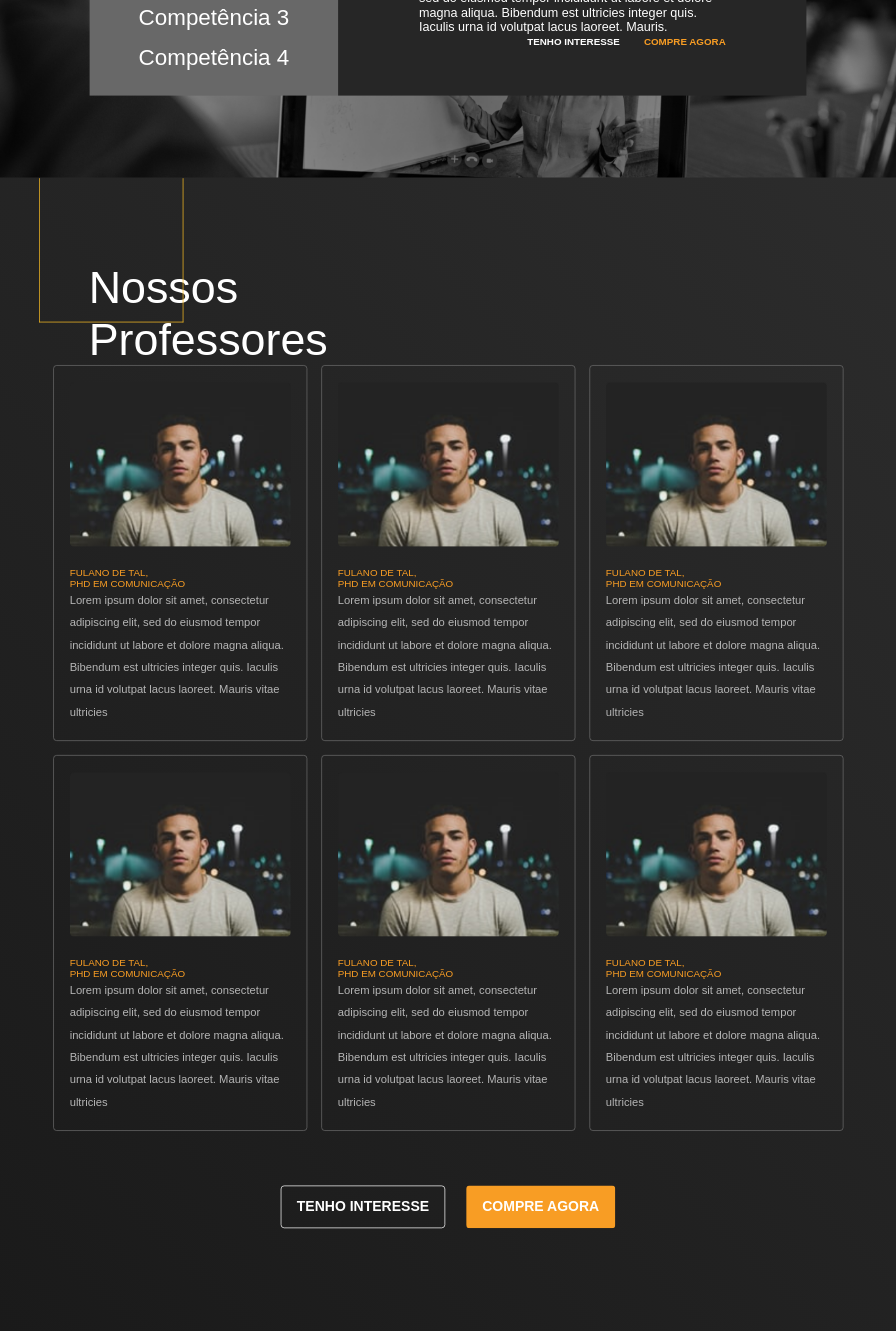
Repository: Rafael-Araujo-dev/Treinamento-Raccoon
Page: Projeto-2/index.html
These files come from the project's save history. The page is drawn as it stood at one moment and after the next save; the edit follows.
The browser window is 1280 px wide. The pictures show the part of the page from y = 2101 to 4021 px (the page is 4003 px tall before and 4021 px after), at 70% of full size.
Backgrounds fixed to the window are drawn as part of the page. Some web fonts or font styles are not loaded; a fallback is used.

Above is the page before, as saved 2021-09-30 09:51:19.

After the next save:
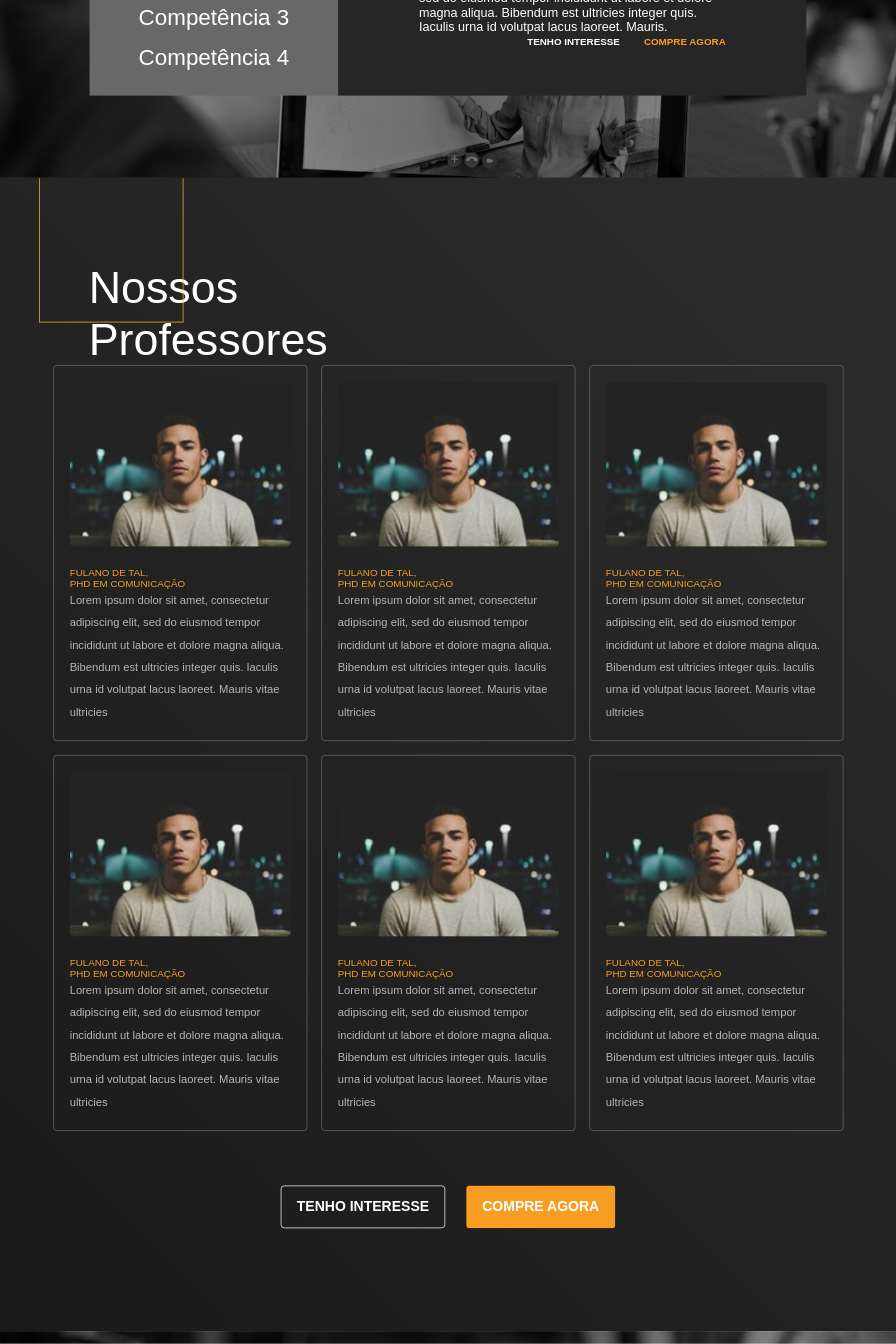
Saved 8 s later.
--- a/Projeto-2/index.html
+++ b/Projeto-2/index.html
@@ -362,5 +362,8 @@
         </div>
         </section>
 
+        <section class="opinions">
+d
+        </section>
     </body>
 </html>
